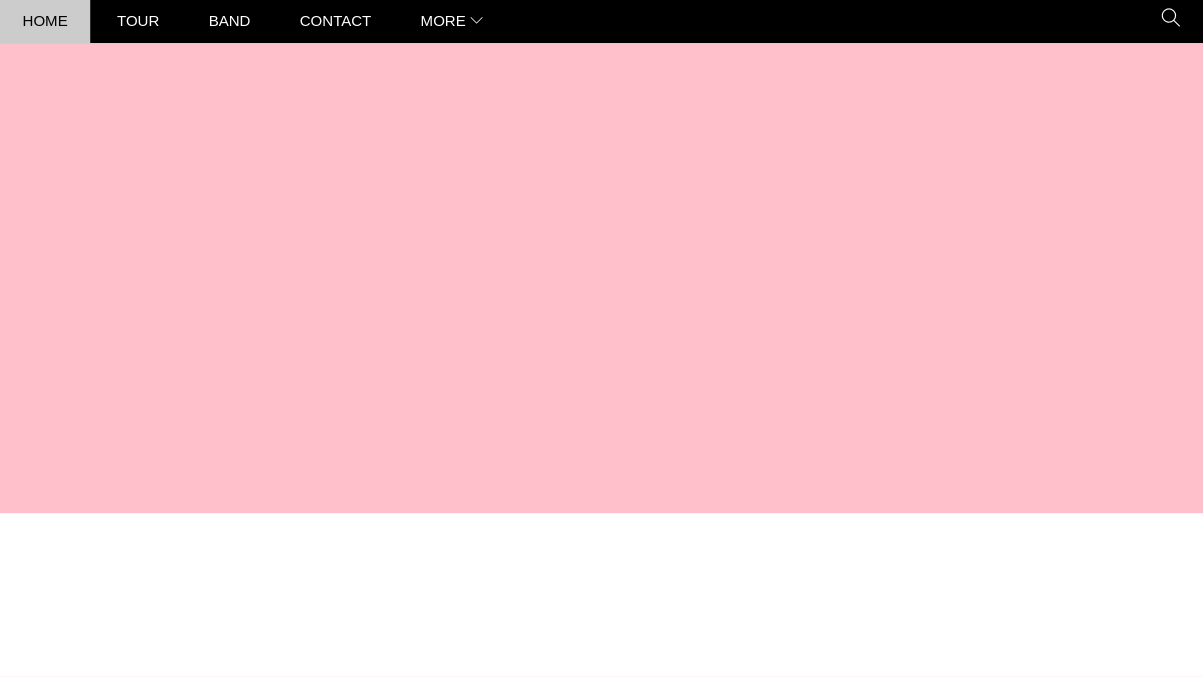
Repository: ducvui2003/LTCB
Page: index.html
The author's editor kept a copy of each file at every save. The page is drawn from the files as they stood at one save, then again after the next save.
The browser window is 1280 px wide. The pictures show the whole page, at 94% of full size.

Above is the page before, as saved 2022-01-05 21:45:41.

After the next save:
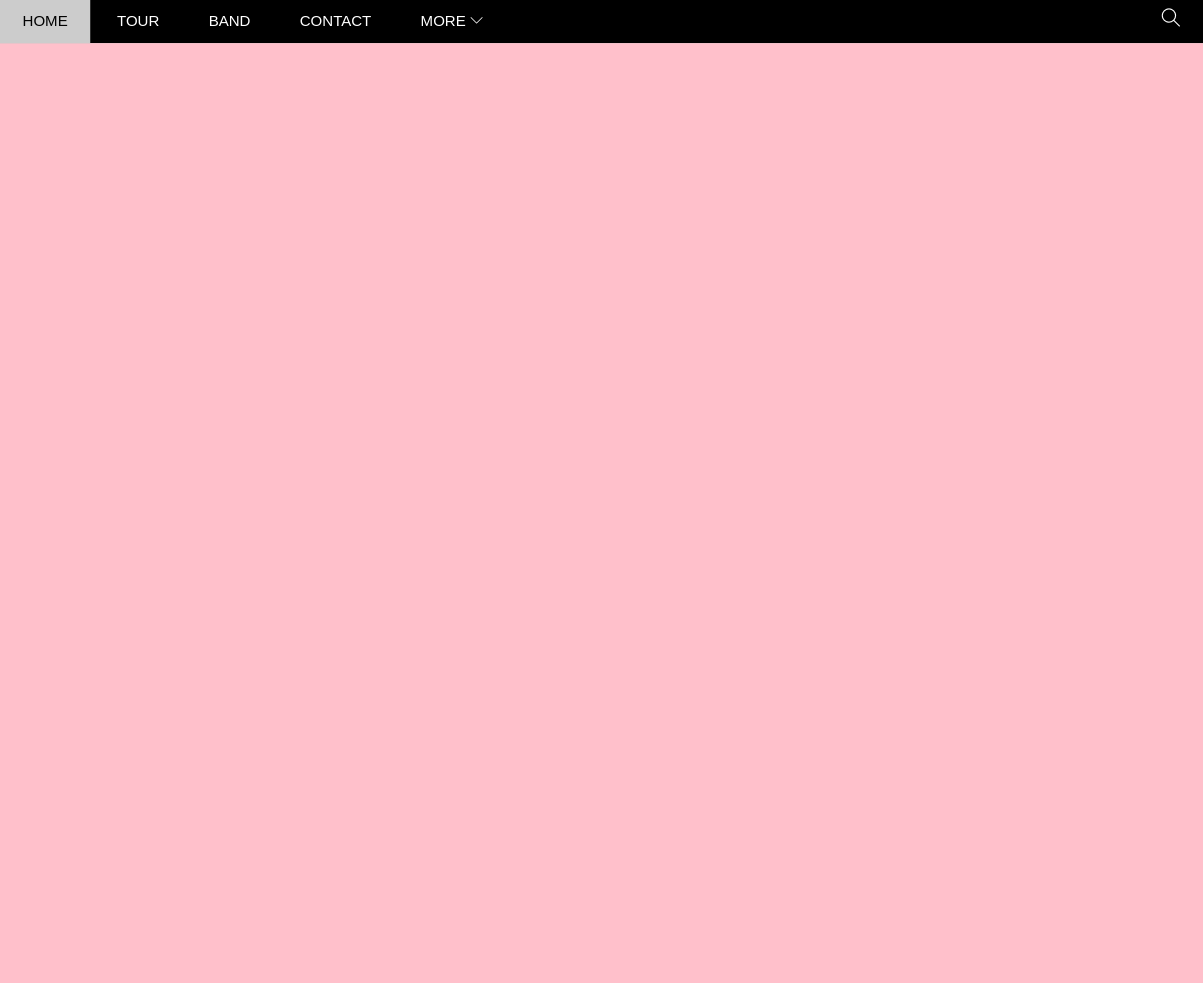
Saved 7 s later.
--- a/assest/Css/styles.css
+++ b/assest/Css/styles.css
@@ -98,7 +98,7 @@
 }
 
 #slides {
-    min-height: 500px;
+    min-height: 1000px;
     background-color: pink;
 }
 
